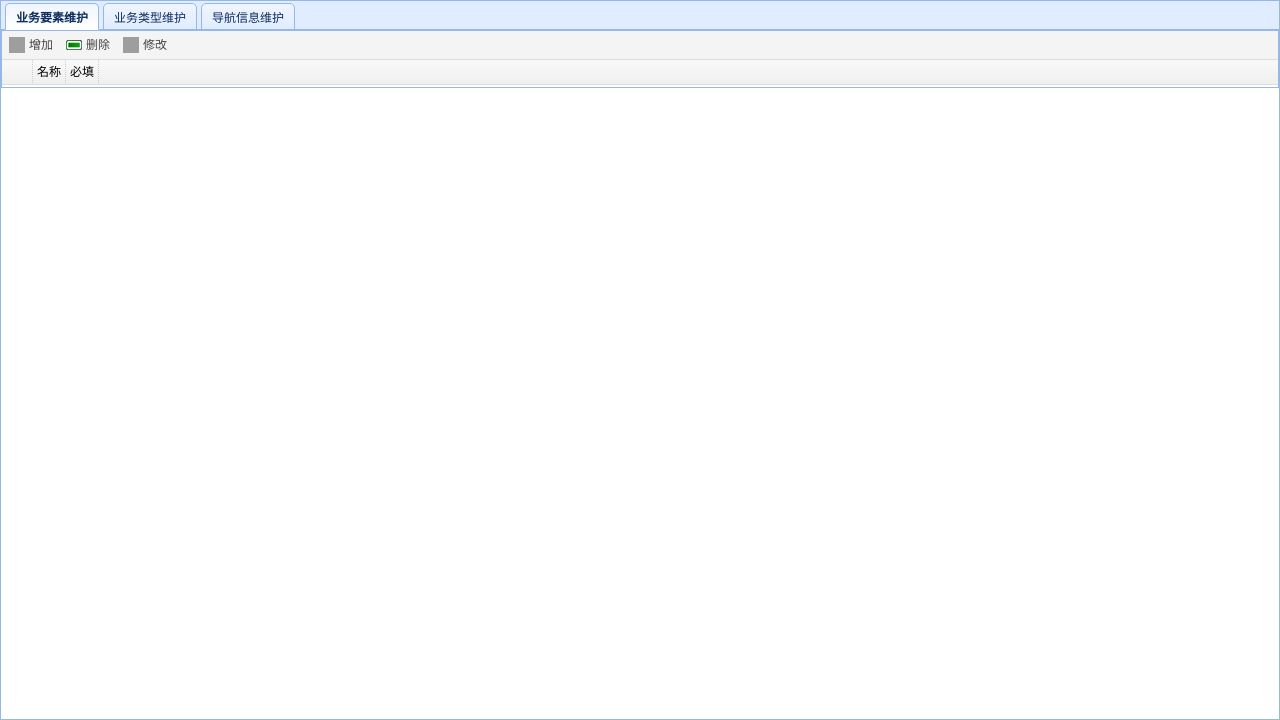
Repository: xyj4421/BG_demo
Page: BG_demo2/WebRoot/Copy of admin.html
These files come from the project's save history. The page is drawn as it stood at one moment and after the next save; the edit follows.
The browser window is 1280 px wide. The pictures show the whole page.
Pictures or frames that could not be fetched are drawn as grey boxes. The page's requests for data from a server got no answer.

Above is the page before, as saved 2015-10-28 08:55:06.
Not found: BG_demo2/WebRoot/queryAllElements
Not found: BG_demo2/WebRoot/queryTree

### BG_demo2/WebRoot/Copy of admin.html
<!DOCTYPE html>
<html>
<head>
<title>admin.html</title>

<meta http-equiv="keywords" content="keyword1,keyword2,keyword3">
<meta http-equiv="description" content="this is my page">
<meta http-equiv="content-type" content="text/html; charset=utf-8">
<META HTTP-EQUIV="pragma" CONTENT="no-cache">
<META HTTP-EQUIV="Cache-Control" CONTENT="no-cache, must-revalidate">
<!--<link rel="stylesheet" type="text/css" href="./styles.css">-->
<script type="text/javascript" src="./easyui/jquery.min.js"></script>
<script type="text/javascript" src="./easyui/jquery.easyui.min.js"></script>
<script type="text/javascript"
	src="./easyui/locale/easyui-lang-zh_CN.js"></script>


<link rel="stylesheet" type="text/css"
	href="./easyui/themes/default/easyui.css" />
<link rel="stylesheet" type="text/css" href="./easyui/themes/icon.css" />
<script type="text/javascript" src="JSON/json2.js"></script>


</head>
<script type="text/javascript">
	/**********************************页面初始化***************/
	$.extend($.fn.datagrid.methods, {
			editCell: function(jq,param){
				return jq.each(function(){
					var opts = $(this).datagrid('options');
					var fields = $(this).datagrid('getColumnFields',true).concat($(this).datagrid('getColumnFields'));
					for(var i=0; i<fields.length; i++){
						var col = $(this).datagrid('getColumnOption', fields[i]);
						col.editor1 = col.editor;
						if (fields[i] != param.field){
							col.editor = null;
						}
					}
					$(this).datagrid('beginEdit', param.index);
					for(var i=0; i<fields.length; i++){
						var col = $(this).datagrid('getColumnOption', fields[i]);
						col.editor = col.editor1;
					}
				});
			}
		});
	var editIndex = undefined;
	function endEditing(){
		if (editIndex == undefined){return true}
		if ($('#addBusiness_datagrid').datagrid('validateRow', editIndex)){
			$('#addBusiness_datagrid').datagrid('endEdit', editIndex);
			editIndex = undefined;
			return true;
		} else {
			return false;
		}
	}
	function endEdit(){
		            var rows =$('#addBusiness_datagrid').datagrid('getRows');
		            for ( var i = 0; i < rows.length; i++) {
		            	$('#addBusiness_datagrid').datagrid('endEdit', i);
		            }
		        }


	$(function() {

	//alert(ran);

	//var ran = Math.random()
		/**********初始化业务要素表格************/
		//var initElementUrl = "queryAllElements?ran="+ran;
		$('#businessElements').datagrid({
			url : "queryAllElements?ran="+Math.random(),
			//queryParams:{param1:ran},
			method:'post',
			idField : 'id',
			singleSelect : true,
			toolbar : '#tb',
			rownumbers : true,
			columns : [ [ {

				field : 'id',
				title : 'id'

			}, {
				field : 'name',
				title : '名称'
			}, {
				field : 'isRequired',
				title : '必填',
				formatter:function(val,row){
				if(val){
					return "是";
				}else{
				return "否";
				}

				}
			} ] ]
		});
		$('#businessElements').datagrid('hideColumn','id');
		/**********初始化业务分类************/
		$('#type_tree').tree({
			url : 'queryTree',
			animate : true,
			onContextMenu : function(e, node) {
				e.preventDefault();
				$('#type_tree').tree('select', node.target);
				$('#tree_menu').menu('show', {
					left : e.pageX,
					top : e.pageY
				});
			},
			onClick: function(node){
				//alert(node.id);  // 在用户点击的时候提示
				var url="queryBusiness?nodeId="+node.id;
				$('#business_datagrid').datagrid('load',url)
			}

		});

		/**********初始化业务分类************/
		$('#business_datagrid').datagrid({
			columns : [ [ {
				field : 'id',
				title : 'id'
			}, {
				field : 'title',
				title : '业务标题'
			}, {
				field : 'parentId',
				title : '所属分类'
			} ] ]

		});
		/**********************初始化addBusiness_datagrid********************/
		$('#addBusiness_datagrid').datagrid({
			url : 'queryAllElements?ran='+Math.random(),
			method:'post',
			onClickCell: function(index,field){
				if (endEditing()){
					$('#addBusiness_datagrid').datagrid('selectRow', index)
							.datagrid('editCell', {index:index,field:field});
					editIndex = index;
				}
			},
			idField : 'id',
			singleSelect : true,
			fitColumns:true,
			//width:'500px',
			//height:'400px',
			//toolbar : '#tb',
			//rownumbers : true,
			columns : [ [ {
				field : 'id',
				title : 'id'
			}, {
				field : 'name',
				title : '名称'
			}, {
				field : 'isRequired',
				title : '必填'
			},{
				field:'content',
				title:'内容',
				editor:'textarea',
				width:'200px',
				height:'100px'
			} ] ]
		});


$('#option_datagrid').datagrid({
		toolbar:'#option_tb'
		});
	/*
$('#opt_combobox').datagrid({
		url:'questionToJson',
		valueField:'id',
		textField:'text'
		});
		*/



$('#quest_dg').datagrid({
		url:'queryQuestion',
		idField:'id',
		singleSelect : true,
		width:'300px',
		height:'300px',
		columns:[[{
			field:'content'
		}]]
		});


$('#question_datagrid').datagrid({
		url:'queryQuestion',
		singleSelect:true,
		idField:'id',
		rownumbers : true,
		columns:[[{
				field : 'id',
				title : 'id'
			}, {
			field:'content',
			title:'导航问题'
		}]],
		onClickRow:function(rowIndex, rowData){
			var qid = rowData.id
			var url = "queryByQid?qid="+qid;
			$('#option_datagrid').datagrid('load',url);
		},
		toolbar:'#question_tb'
		});
		$('#question_datagrid').datagrid('hideColumn','id');
	});



	/**********新增业务要素************/
	function append() {
		//alert("append() is called")
		$('#add_window').window('open');

	}
	/**********新增业务分类************/
	function addNode() {

		$('#addNode_window').window('open');
		$('#treeName').text("");
	}
	/**********新增业务************/
	function addBusinessSubmit(){
		var node = $('#type_tree').tree('getSelected');
		//alert(node.id);
		endEdit();
		$('#addBusiness_form').form('submit', {
			url : 'addBusiness',
			onSubmit : function(param) {
				//alert("nodeId:"+node.id);

				param.nodeId=node.id;

				param.details=JSON.stringify($('#addBusiness_datagrid').datagrid('getRows'));

				//alert("allRows:"+JSON.stringify($('#addBusiness_datagrid').datagrid('getRows')));
			},
			success : function(data) {
				$('#addBusiness_window').window('close');
				var url="queryBusiness?nodeId="+node.id;
				$('#business_datagrid').datagrid('load',url)
				/*var allRows = new Object();
				//alert($('#businessTitle').val());
				allRows["details"]=	JSON.stringify($('#addBusiness_datagrid').datagrid('getRows'));
				alert(allRows+"2");
				$('#addBusinessDeatils_form').form('submit', {
					url : 'addDetails',
					onSubmit : function(param) {
						//param.details=allRows;
						param.details=JSON.stringify($('#addBusiness_datagrid').datagrid('getRows'));
						param.businessTitle = $('#businessTitle').val();
						param.pid=node.id
					},
					success : function(data) {
						alert("congratulation2");
						$('#addBusiness_window').window('close');
					}
				});*/

			}
		});
		/*
		$('#addBusinessDeatils_form').form('submit', {
			url : 'addBusinessDetail',
			onSubmit : function(param) {
				param.nodeId=node.id;
			},
			success : function(data) {
				$('#addBusiness_window').window('close');
			}
		});
		*/

		//alert("aaaaaaaaaa"+allRows);
		/*
			$.post("addDetails",allRows,function(result){
			if(result.status){
				alert("success");
			}
		},"JSON").error(function(){
			alert("error");
		});
			*/
	}
	function addNodeSubmit() {
		var node = $('#type_tree').tree('getSelected');
		$('#addNode_form').form('submit', {
			url : 'addNode',

			onSubmit : function(param) {
				param.id = node.id;
				//param.p2=;
				//$.messager.alert("submitForm() is called");
			},
			success : function(data) {
				/*$.messager.alert("submitForm() is success");

				$('#add_window').window('close');*/
				$('#treeName').val(" ");
				$('#treeName').text(" ");
				$('#addNode_window').window('close');
				$('#type_tree').tree('reload');
			}
		});

	}
	/**********新增业务要素************/
	function submitForm() {
		//$.messager.alert("submitForm() is called");
		$('#add_form').form('submit', {
			url : 'insertElement',
			onSubmit : function() {
				//$.messager.alert("submitForm() is called");
			},
			success : function() {
				//$.messager.alert("submitForm() is success");
				$('#add_form').form('clear');
				$('#add_window').window('close');
				//$('#type_tree').tree('reload');
				$('#businessElements').datagrid('reload');
			}
		});


		//$('#add_form').submit();
	}
	/**********删除业务要素************/
	function removeElement() {
		var row = $('#businessElements').datagrid('getSelected');
		if (row) {
			$.messager.confirm('提示',
					'确认删除吗？', function(
							r) {
						if (r) {
							$.post('deleteElement', {
								id : row.id
							}, function() {
							$('#businessElements').datagrid('reload');
								//alert(result.success);
								/*
								if (result.success) {

									$('#businessElements').datagrid('reload'); // reload the user data
								} else {
									$('#businessElements').datagrid('reload');
									$.messager.show({ // show error message
										title : 'Error',
										msg : "error"
									});
								}*/
							});
						}
					});
		}

	}
	/**********删除业务分类************/
	function removeTreeNode() {
		var node = $('#type_tree').tree('getSelected');
		if (node) {
			$.messager.confirm('提示',
					'确认删除吗？', function(
							r) {
						if (r) {
							//alert("aaaaaaaaaaS");
							$.post('deleteNode', {
								id : node.id
							}, function(result) {
							$('#type_tree').tree('reload');

							});
						}
					});
		}
	}

	function addBusiness() {
		$('#addBusiness_window').window('open');
	}
	function removeBusiness() {

	}
	function  addQuestion(){
		$('#addQuestion_window').window('open');


	}
	function addQuestionSubmit(){
	$('#addQuestion_form').form('submit', {
			url : 'insertQuestion',
			onSubmit : function() {
				//$.messager.alert("submitForm() is called");
			},
			success : function(data) {
				//$.messager.alert("submitForm() is success");
				//$('#add_form').form('clear');
				$('#addQuestion_window').window('close');
				$('#question_datagrid').datagrid('reload');
			}
		});


	}
	function addOption(){
	$('#addOption_window').window('open');
	}
	function addOptionSubmit(){
	var row = $('#question_datagrid').datagrid('getSelected');
	var next = $('#quest_dg').datagrid('getSelected');
		//alert("问题id:"+row.id+"    指向id:"+next.id);
		$('#addOption_form').form('submit', {
			url : 'addOption',

			onSubmit : function(param) {
				param.qid = row.id;
				param.nextId = next.id;
				//param.p2=;

			},
			success : function(data) {

				$('#addOption_window').window('close');
			}
		});

	}


	function isBusinessCheck(e){
	//var url="queryAllBusiness";
	if (e.checked){
	$('#quest_dg').datagrid({
		url:'queryAllBusiness',
		idField:'id',
		singleSelect : true,
		width:'300px',
		height:'300px',
		columns:[[{
			field:'title'
		}]]
		});
	}else{
	$('#quest_dg').datagrid({
		url:'queryQuestion',
		idField:'id',
		singleSelect : true,
		width:'300px',
		height:'300px',
		columns:[[{
			field:'content'
		}]]
		});

	}
	}


	function mod_ele(){
	$('#mod_ele_win').window('open');
	//alert(this);
	//var row = $('#businessElements').datagrid('getSelected');
	var row = $('#businessElements').datagrid('getSelected');
	//$('#businessElements').datagrid('clearSelections');

	name = row.name;
	id = row.id;
	isRequired=row.isRequired;
	//alert(name);
	//alert("row.isRequired:  "+row.isRequired);
	$("#ele_name").textbox('setValue',name);
	//alert("ele_isRequired:  "+$("#ele_isRequired").val());
	//$("#ele_isRequired").textbox('setValue',name)
	//if(isRequired){

		//$("#ele_isRequired").checked=true;
	//document.getElementById("ele_isRequired").checked=true
	//}else{
	//$("#ele_isRequired").attr("checked",false);
	//$("#ele_isRequired").checked=false;
	$("#ele_isRequired").prop("checked",row.isRequired);
	//document.getElementById("ele_isRequired").checked=false

	//}
	//$("#ele_name").text("222");
	//$("#ele_name").html("333");
	//$("#ele_name").attr("value","val");
	}

	function sub_mod_ele_form(){
	var row = $('#businessElements').datagrid('getSelected');
	if (row) {
			$.messager.confirm('提示',
					'确认修改吗？', function(
							r) {
						if (r) {
							$.post('mod_ele', {
								id : row.id,
								name:row.name,
								isRequired:row.isRequired
							}, function() {
							$('#businessElements').datagrid('reload');

							});
						}
					});
		}
	}
</script>
<body>
	<!-- -----------------------新增选项窗口 -->
	<div id="addOption_window" class="easyui-window" title="新增选项"
		style="width:500px;height:500px" data-options="closed:true">
		<div style="padding:10px 60px 20px 60px">
			<form id="addOption_form" method="post">
				<table cellpadding="5">
					<tr>
						<td>选项内容:</td>
						<td><input id="optContent" class="easyui-textbox" type="text" name="optContent"
							data-options="required:true"></input>
						</td>
					</tr>
					<tr>
			<td>是否指向具体业务:
			</td>
			<td><input type="checkbox" name="isBusiness" id="isBusiness" onclick="isBusinessCheck(this)"></input>
			</td>
		</tr>
		<tr>
			<td>指向内容
			</td>
			<td><table id="quest_dg"></table>
			</td>
		</tr>
				</table>

			</form>

			<div style="text-align:center;padding:5px">
				<a href="javascript:void(0)" class="easyui-linkbutton"
					onclick="addOptionSubmit()">Submit</a> <a href="javascript:void(0)"
					class="easyui-linkbutton" onclick="clearForm()">Clear</a>
			</div>
		</div>
	</div>
	<!--
	<div id="addOption_window" class="easyui-window" title="Window Layout" data-options="iconCls:'icon-save',closed:true" style="width:500px;height:500px;padding:5px;">
		<form id="addOption_form">
		<table>
		<tr>
			<td>导航选项：
			</td>
			<td><input class="easyui-textbox" type="text" name="optContent"></input>
			</td>
		</tr>
		<tr>
			<td>是否指向具体业务
			</td>
			<td><input type="checkbox" name="isBusiness" id="isBusiness" onclick="isBusinessCheck(this)"></input>
			</td>
		</tr>
		<tr>
			<td>指向内容
			</td>
			<td><table id="quest_dg"></table>
			</td>
		</tr>
		</table>
		</form>
			<div style="text-align:center;padding:5px">
				<a href="javascript:void(0)" class="easyui-linkbutton"
					onclick="addOptionSubmit()">Submit</a> <a href="javascript:void(0)"
					class="easyui-linkbutton" onclick="">Clear</a>
			</div>
		</div>
		 -->
		<!-- -----------------------新增问题窗口 -->
	<!-- <div id="addQuestion_window" class="easyui-window" title="Window Layout" data-options="iconCls:'icon-save',closed:true" style="width:500px;height:200px;padding:5px;">
		<form id="addQuestion_form" method="post">
		导航问题：<input id="question_content" class="easyui-textbox" type="text" name="content"></input>
		</form>
			<div style="text-align:center;padding:5px">
				<a href="javascript:void(0)" class="easyui-linkbutton"
					onclick="addQuestionSubmit()">Submit</a> <a href="javascript:void(0)"
					class="easyui-linkbutton" onclick="">Clear</a>
			</div>
		</div> -->
		<div id="addQuestion_window" class="easyui-window" title="新增导航问题"
		style="width:500px;height:500px" data-options="closed:true">
		<div style="padding:10px 60px 20px 60px">
			<form id="addQuestion_form" method="post">
				<table cellpadding="5">
					<tr>
						<td>导航问题</td>
						<td><input id="question_content" class="easyui-textbox" type="text" name="content"
							data-options="required:true"></input>
						</td>
					</tr>
				</table>

			</form>

			<div style="text-align:center;padding:5px">
				<a href="javascript:void(0)" class="easyui-linkbutton"
					onclick="addQuestionSubmit()">Submit</a> <a href="javascript:void(0)"
					class="easyui-linkbutton" onclick="clearForm()">Clear</a>
			</div>
		</div>
	</div>
		<!-- -----------------------新增业务要素窗口 -->
	<div id="add_window" class="easyui-window" title="新增业务要素"
		style="width:400px" data-options="closed:true">
		<div style="padding:10px 60px 20px 60px">
			<form id="add_form" method="post">
				<table cellpadding="5">
					<tr>
						<td>业务要素名称</td>
						<td><input class="easyui-textbox" type="text" name="name"
							data-options="required:true"></input>
						</td>
					</tr>
					<tr>
						<td>是否必填</td>
						<td><input type="checkbox" name="isRequired"></input>
						</td>
					</tr>

				</table>
			</form>
			<div style="text-align:center;padding:5px">
				<a href="javascript:void(0)" class="easyui-linkbutton"
					onclick="submitForm()">Submit</a> <a href="javascript:void(0)"
					class="easyui-linkbutton" onclick="clearForm()">Clear</a>
			</div>
		</div>
	</div>
		<!-- -----------------------修改业务要素窗口 -->
	<div id="mod_ele_win" class="easyui-window" title="修改业务要素"
		style="width:400px" data-options="closed:true">
		<div style="padding:10px 60px 20px 60px">
			<form id="mod_ele_form" method="post">
				<table cellpadding="5">
					<tr>
						<td>业务要素名称</td>
						<td><input id="ele_name" class="easyui-textbox" type="text" name="name"
							data-options="required:true"></input>
						</td>
					</tr>
					<tr>
						<td>是否必填</td>
						<td><input id="ele_isRequired" type="checkbox" name="isRequired"></input>
						</td>
					</tr>

				</table>
			</form>
			<div style="text-align:center;padding:5px">
				<a href="javascript:void(0)" class="easyui-linkbutton"
					onclick="sub_mod_ele_form()">Submit</a> <a href="javascript:void(0)"
					class="easyui-linkbutton" onclick="clr_mod_ele_form()">Clear</a>
			</div>
		</div>
	</div>

	<!-- -----------------------业务分类树形目录右键菜单 -->
	<div id="tree_menu" class="easyui-menu" style="width:120px;">
		<div onclick="addNode()" data-options="iconCls:'icon-add'">新增业务分类</div>
		<div onclick="addBusiness()" data-options="iconCls:'icon-add'">新增业务</div>
		<div onclick="removeTreeNode()" data-options="iconCls:'icon-remove'">删除</div>

	</div>
<!-- -----------------------新增业务类型窗口 -->
	<div id="addNode_window" class="easyui-window" title="新增业务分类"
		style="width:400px" data-options="closed:true">
		<div style="padding:10px 60px 20px 60px">
			<form id="addNode_form" method="post">
				<table cellpadding="5">
					<tr>
						<td>业务分类名称</td>
						<td><input id="treeName" class="easyui-textbox" type="text" name="name"
							data-options="required:true"></input>
						</td>
					</tr>
				</table>
			</form>
			<div style="text-align:center;padding:5px">
				<a href="javascript:void(0)" class="easyui-linkbutton"
					onclick="addNodeSubmit()">Submit</a> <a href="javascript:void(0)"
					class="easyui-linkbutton" onclick="$('#treeName').text('');">Clear</a>
			</div>
		</div>
	</div>
	<!-- -----------------------新增业务窗口 -->
	<div id="addBusiness_window" class="easyui-window" title="新增业务"
		style="width:500px;height:500px" data-options="closed:true">
		<div style="padding:10px 60px 20px 60px">
			<form id="addBusiness_form" method="post">
				<table cellpadding="5">
					<tr>
						<td>业务名称</td>
						<td><input id="businessTitle" class="easyui-textbox" type="text" name="title"
							data-options="required:true"></input>
						</td>
					</tr>
				</table>

			</form>
			<table id="addBusiness_datagrid" ></table>
			<div style="text-align:center;padding:5px">
				<a href="javascript:void(0)" class="easyui-linkbutton"
					onclick="addBusinessSubmit()">Submit</a> <a href="javascript:void(0)"
					class="easyui-linkbutton" onclick="clearForm()">Clear</a>
			</div>
		</div>
	</div>
	<!--
	<div id="addBusiness_window" class="easyui-window" title="Window Layout" data-options="iconCls:'icon-save',closed:true" style="width:500px;height:600px;padding:5px;">
		<form id="addBusiness_form">
		业务标题：<input id="businessTitle" class="easyui-textbox" type="text" name="title"></input>
		</form>
		<table id="addBusiness_datagrid" ></table>
		 -->

				<!--  <form id="addBusinessDeatils_form" method="post"></form>
			<div style="text-align:center;padding:5px">
				<a href="javascript:void(0)" class="easyui-linkbutton"
					onclick="addBusinessSubmit()">Submit</a> <a href="javascript:void(0)"
					class="easyui-linkbutton" onclick="">Clear</a>
			</div>
		</div>
	-->


<!-- *********************************选项卡******************************* -->
	<div class="easyui-tabs" data-options="fit:'true'">
		<div title="业务要素维护" style="padding:0px">
			<table id="businessElements" class="table"></table>

			<div id="tb" style="height:auto">
				<a href="javascript:void(0)" class="easyui-linkbutton"
					data-options="iconCls:'icon-add',plain:true" onclick="append()">增加</a>
				<a href="javascript:void(0)" class="easyui-linkbutton"
					data-options="iconCls:'icon-remove',plain:true" onclick="removeElement()">删除</a>
				<a href="javascript:void(0)" class="easyui-linkbutton"
					data-options="iconCls:'icon-edit',plain:true" onclick="mod_ele()">修改</a>

			</div>

		</div>
		<!-- -----------------------------业务维护 -->
		<div title="业务类型维护">
			<!-- <div class="easyui-layout" style="width:700px;height:350px;"> -->
		<div class="easyui-layout" data-options="fit:true">
		<div data-options="region:'west',split:true"  style="width:200px;">
		<ul id="type_tree" class="easyui-tree"></ul>

		</div>
		<div data-options="region:'center'">
			<table id="business_datagrid" class="easyui-datagrid"
					data-options="url:'queryBusiness?nodeId=1',method:'get',singleSelect:true,fit:true,fitColumns:true">
				<thead>
					<tr>
						<th data-options="field:'id'">id</th>
						<th data-options="field:'title'" >title</th>
						<th data-options="field:'parentId',align:'right'" >parentId</th>
						</tr>
				</thead>
			</table>
		</div>
	</div>
		</div>

 <!-- --------------------------------导航信息维护 -->
		<div title="导航信息维护">
		<div class="easyui-layout" data-options="fit:true">
		<div data-options="region:'west',split:true" title="West" style="width:200px;">
		<table id="question_datagrid" style="width:100%;"></table>
		<!--
		<table id="question_datagrid" class="easyui-datagrid" style="width:100%;" data-options="
		url:'queryQuestion',
		singleSelect:true">
		<thead>
					<tr>
						<th data-options="field:'content'" >content</th>
						</tr>
				</thead>
		</table>
		 -->
		<div id="question_tb" style="height:auto">
				<a href="javascript:void(0)" class="easyui-linkbutton"
					data-options="iconCls:'icon-add',plain:true" onclick="addQuestion()">增加</a>
				<!-- <a href="javascript:void(0)" class="easyui-linkbutton"
					data-options="iconCls:'icon-remove',plain:true" onclick="remove()">删除</a>
				<a href="javascript:void(0)" class="easyui-linkbutton"
					data-options="iconCls:'icon-save',plain:true" onclick="accept()">保存</a>
 -->
			</div>
		</div>
		<div data-options="region:'center',title:'Main Title',iconCls:'icon-ok'">
			<table id="option_datagrid" class="easyui-datagrid" style="width:100%;" data-options="
		singleSelect:true">
		<thead>
					<tr>
						<!-- <th data-options="field:'id'">id</th>
						<th data-options="field:'parentId',align:'right'" >parentId</th>
						-->
						<th data-options="field:'optIndex'" >index</th>
						<th data-options="field:'optContent'" >option</th>
						<th data-options="field:'isBusiness'" >isBusiness</th>
						<th data-options="field:'nextId'" >nextId</th>
						</tr>
				</thead>
			</table>
			<div id="option_tb" style="height:auto">
				<a href="javascript:void(0)" class="easyui-linkbutton"
					data-options="iconCls:'icon-add',plain:true" onclick="addOption()">增加</a>
				<!-- <a href="javascript:void(0)" class="easyui-linkbutton"
					data-options="iconCls:'icon-remove',plain:true" onclick="remove()">删除</a>
				<a href="javascript:void(0)" class="easyui-linkbutton"
					data-options="iconCls:'icon-save',plain:true" onclick="accept()">保存</a>
 -->
			</div>
		</div>
	</div>

		</div>

	</div>
</body>
</html>

Loaded but not shown: BG_demo2/WebRoot/easyui/jquery.min.js (library); BG_demo2/WebRoot/easyui/jquery.easyui.min.js (library); BG_demo2/WebRoot/JSON/json2.js (519 lines, source omitted); BG_demo2/WebRoot/easyui/locale/easyui-lang-zh_CN.js (66 lines, source omitted); BG_demo2/WebRoot/easyui/themes/default/easyui.css (2823 lines, source omitted); BG_demo2/WebRoot/easyui/themes/icon.css (96 lines, source omitted)

After the next save:
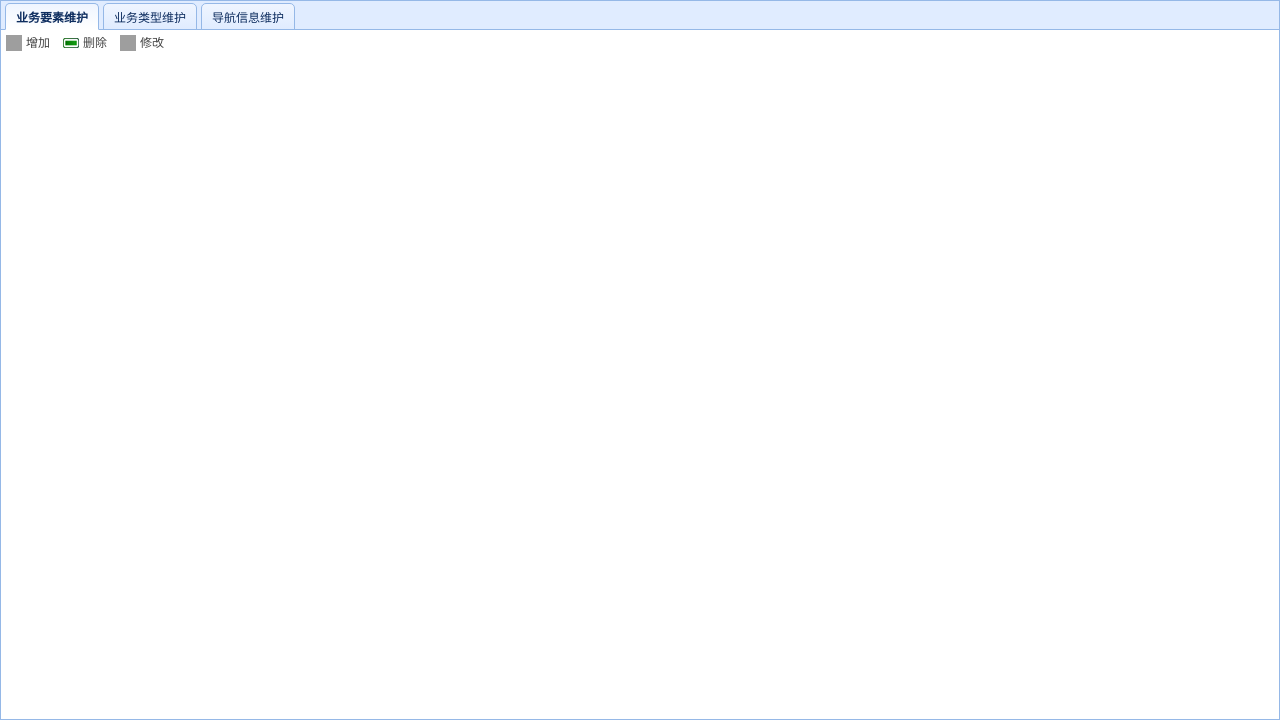
Console error: SyntaxError: Unexpected token ';'
Saved 2 min 39 s later.
--- a/BG_demo2/WebRoot/Copy of admin.html
+++ b/BG_demo2/WebRoot/Copy of admin.html
@@ -508,8 +508,8 @@ $('#question_datagrid').datagrid({
 						if (r) {
 							$.post('mod_ele', {
 								id : row.id,
-								name:row.name,
-								isRequired:row.isRequired
+								name:$("#ele_name").val(),
+								isRequired:$("#ele_isRequired").prop("checked");
 							}, function() {
 							$('#businessElements').datagrid('reload');
 
